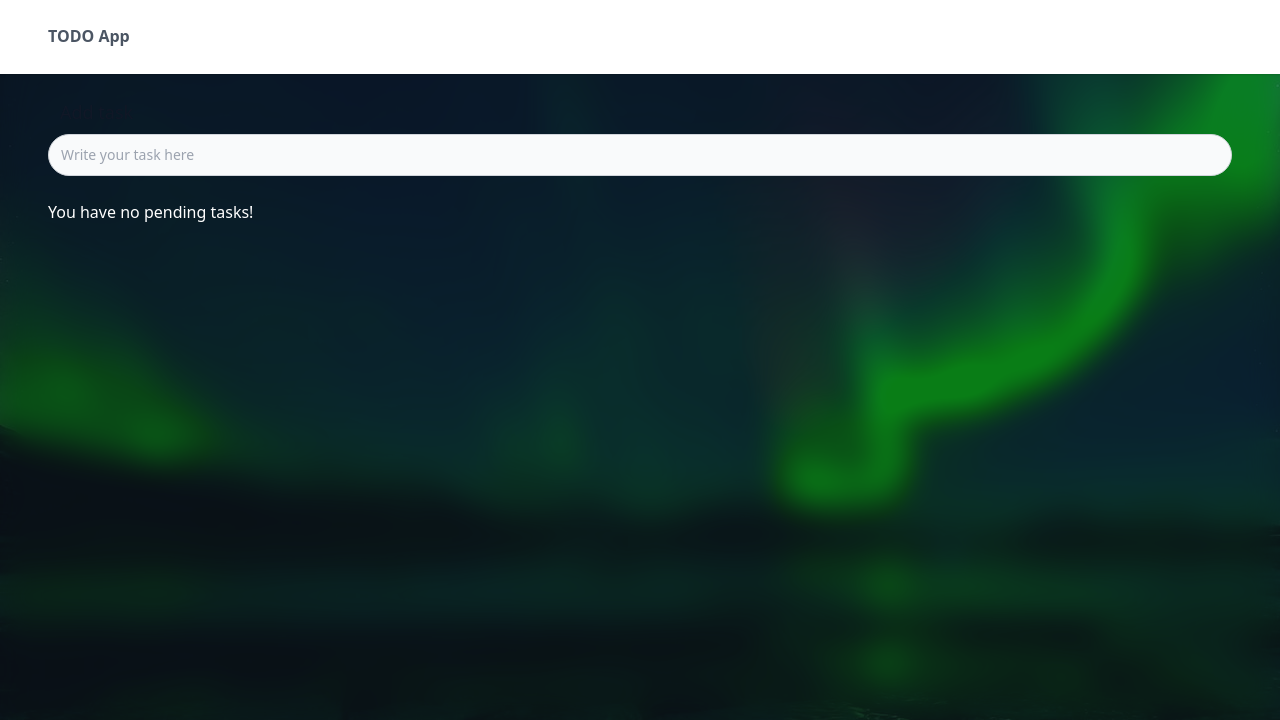
Repository: mikelCabezas/angular-exercices
Page: / (app in TODO/)
The author's editor kept a copy of each file at every save. The page is drawn from the files as they stood at one save, then again after the next save.
The browser window is 1280 px wide. The pictures show the whole page.
The project was rebuilt for these pictures with package versions that can differ from the ones it lists, and the page was loaded fresh each time. Some packages were replaced by stand-ins written for this rebuild. Also part of the build but not shown: TODO/angular.json.

Above is the page before, as saved 2023-09-14 23:32:23.

After the next save:
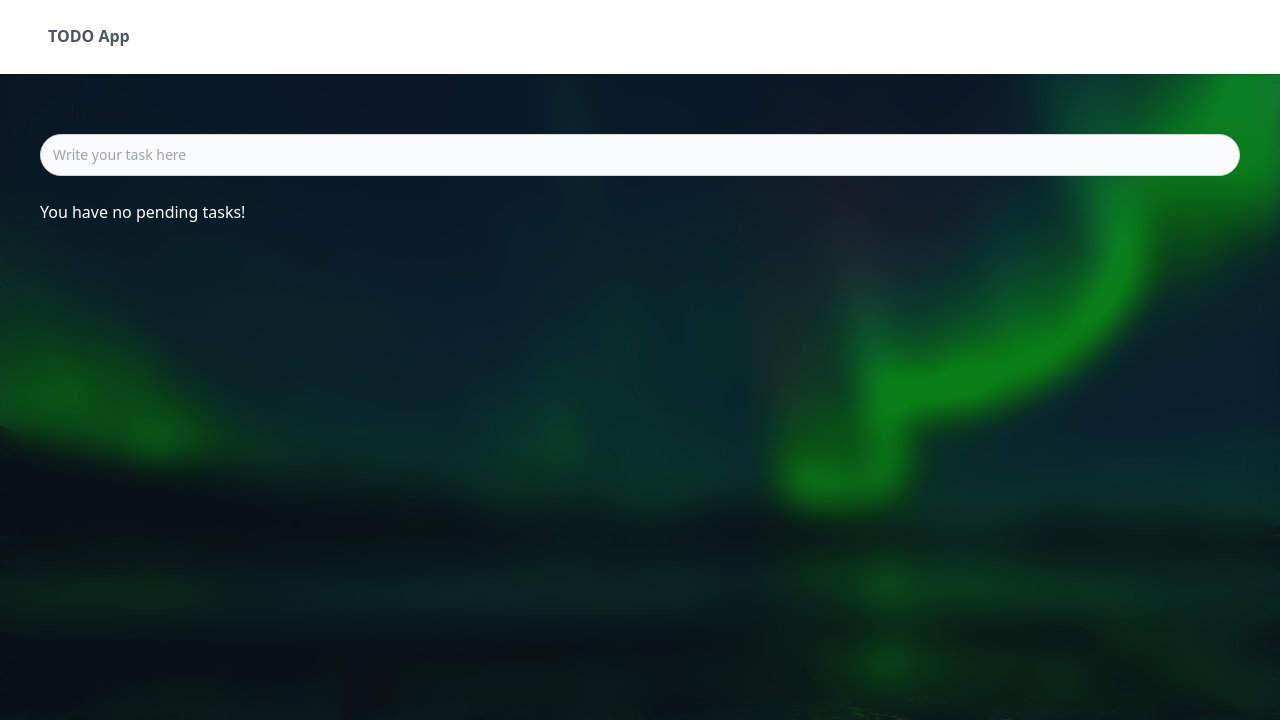
Saved 6 s later.
--- a/TODO/src/app/components/tasks/tasks.component.html
+++ b/TODO/src/app/components/tasks/tasks.component.html
@@ -1,5 +1,5 @@
 <div class="container flex justify-center w-full mx-auto">
-    <div class="row w-full px-12">
+    <div class="row w-full px-10">
         <div class="form w-full mx-auto mt-6">
             <label for="first_name" class="block mb-2 text-lg pl-3 font-medium text-gray-900 dark:text-white">Add task</label>
             <input
